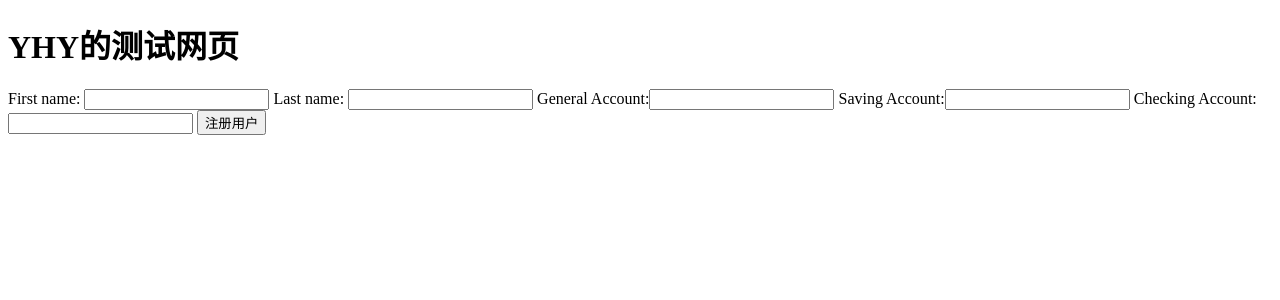
Repository: Darkmoon1/Bank-java-
Page: Bank/myBank/WebContent/home.html
The author's editor kept a copy of each file at every save. The page is drawn from the files as they stood at one save, then again after the next save.
The browser window is 1280 px wide. The pictures show the whole page.

Above is the page before, as saved 2017-07-13 17:34:06.

After the next save:
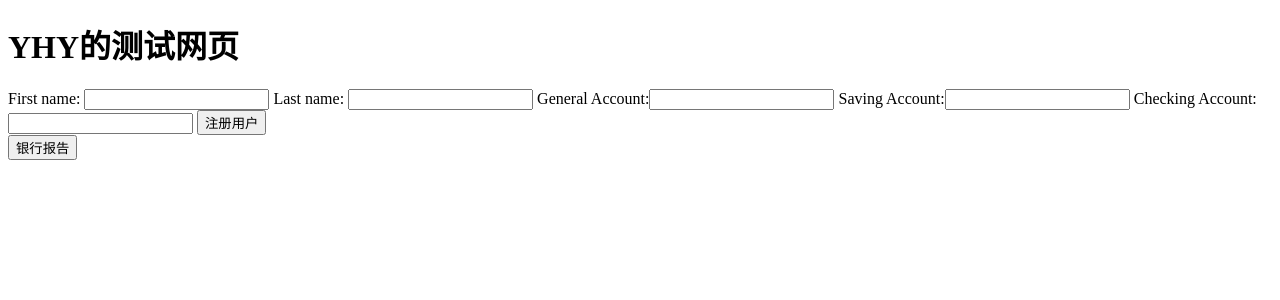
Saved 2 min 12 s later.
--- a/Bank/myBank/WebContent/home.html
+++ b/Bank/myBank/WebContent/home.html
@@ -23,7 +23,7 @@
 	</div>
 	<div>
 	<form action="MyReportServlet" method = "post">
-
+	<input  id="report" type="submit" value = "银行报告"/>
 	</form>
 
 	</div>
